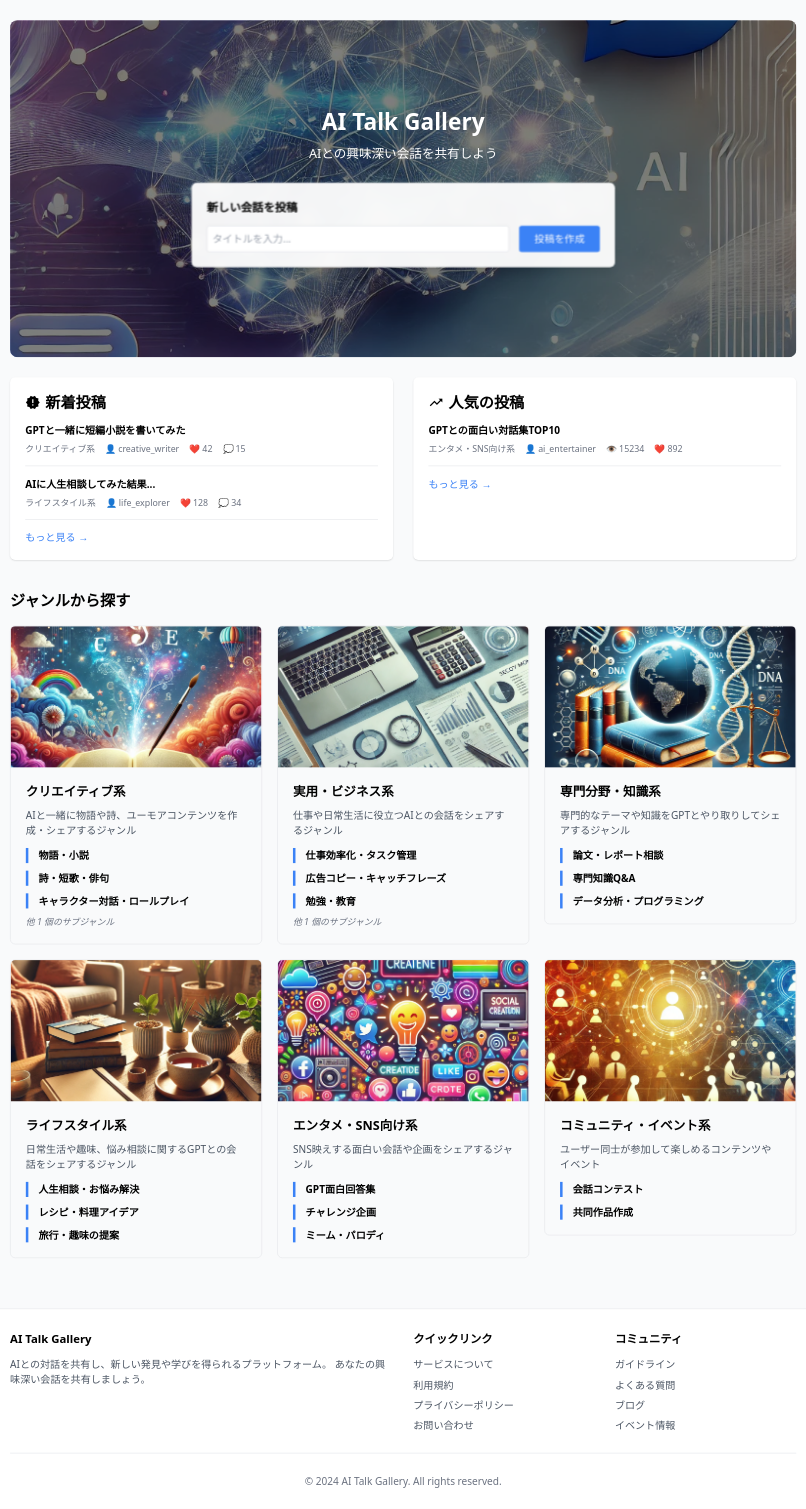
Repository: hayakawa1/ai-talk-gallery
Page: /
These files come from the project's save history. The page is drawn as it stood at one moment and after the next save; the edit follows.
The browser window is 1280 px wide. The pictures show the whole page, at 63% of full size.
The project was rebuilt for these pictures with package versions that can differ from the ones it lists, and the page was loaded fresh each time. The framework's server and built-in components were replaced by stand-ins that run in the browser. Also part of the build but not shown: next.config.js.

Above is the page before, as saved 2024-12-19 20:12:45.

After the next save:
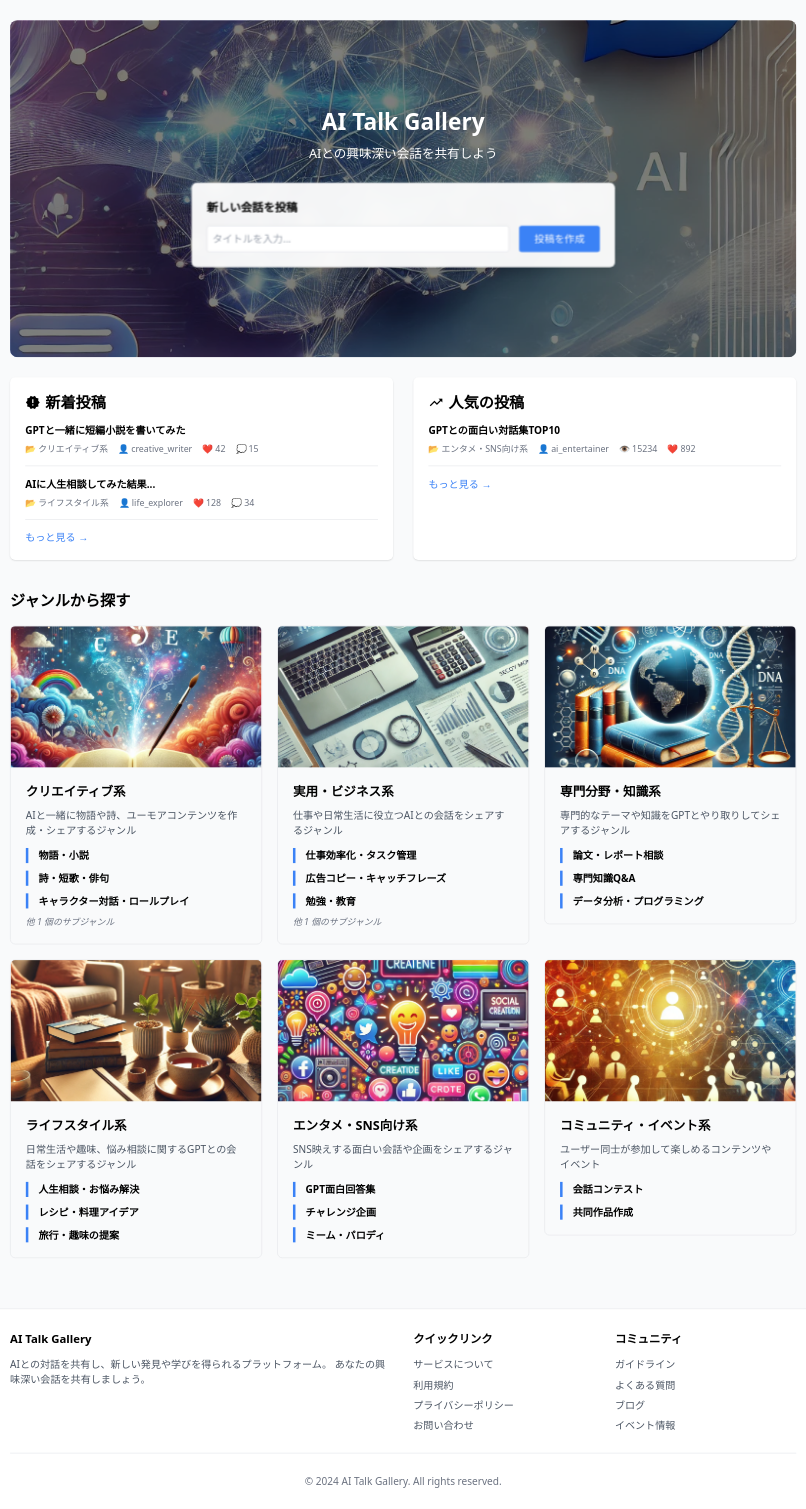
Saved 39 min 32 s later.
--- a/src/app/page.tsx
+++ b/src/app/page.tsx
@@ -89,17 +89,21 @@
           </h2>
           <div className="space-y-4">
             {RECENT_POSTS.map(post => (
-              <div key={post.id} className="border-b pb-4">
-                <h3 className="font-semibold hover:text-blue-500 cursor-pointer">
-                  {post.title}
-                </h3>
-                <div className="text-sm text-gray-500 flex gap-4 mt-2">
-                  <span>{post.category}</span>
-                  <span>👤 {post.author}</span>
-                  <span>❤️ {post.likes}</span>
-                  <span>💭 {post.comments}</span>
+              <Link href={`/posts/${post.id}`} key={post.id} className="block">
+                <div className="border-b pb-4">
+                  <h3 className="font-semibold hover:text-blue-500">
+                    {post.title}
+                  </h3>
+                  <div className="text-sm text-gray-500 flex gap-4 mt-2">
+                    <Link href={`/genres/${encodeURIComponent(post.category)}`} className="hover:text-blue-500">
+                      <span>📂 {post.category}</span>
+                    </Link>
+                    <span>👤 {post.author}</span>
+                    <span>❤️ {post.likes}</span>
+                    <span>💭 {post.comments}</span>
+                  </div>
                 </div>
-              </div>
+              </Link>
             ))}
           </div>
           <Link href="/posts/recent" className="text-blue-500 hover:underline block mt-4">
@@ -115,17 +119,21 @@
           </h2>
           <div className="space-y-4">
             {POPULAR_POSTS.map(post => (
-              <div key={post.id} className="border-b pb-4">
-                <h3 className="font-semibold hover:text-blue-500 cursor-pointer">
-                  {post.title}
-                </h3>
-                <div className="text-sm text-gray-500 flex gap-4 mt-2">
-                  <span>{post.category}</span>
-                  <span>👤 {post.author}</span>
-                  <span>👁️ {post.views}</span>
-                  <span>❤️ {post.likes}</span>
+              <Link href={`/posts/${post.id}`} key={post.id} className="block">
+                <div className="border-b pb-4">
+                  <h3 className="font-semibold hover:text-blue-500">
+                    {post.title}
+                  </h3>
+                  <div className="text-sm text-gray-500 flex gap-4 mt-2">
+                    <Link href={`/genres/${encodeURIComponent(post.category)}`} className="hover:text-blue-500">
+                      <span>📂 {post.category}</span>
+                    </Link>
+                    <span>👤 {post.author}</span>
+                    <span>👁️ {post.views}</span>
+                    <span>❤️ {post.likes}</span>
+                  </div>
                 </div>
-              </div>
+              </Link>
             ))}
           </div>
           <Link href="/posts/popular" className="text-blue-500 hover:underline block mt-4">
@@ -138,7 +146,7 @@
       <h2 className="text-2xl font-bold mb-6">ジャンルから探す</h2>
       <div className="grid grid-cols-1 md:grid-cols-2 lg:grid-cols-3 gap-6">
         {genres.map((genre) => (
-          <Link href={`/genres/${encodeURIComponent(genre.name)}`} key={genre.name}>
+          <Link href={`/genres/${encodeURIComponent(genre.name)}`} key={genre.name} className="block">
             <div className="border rounded-lg overflow-hidden hover:shadow-xl transition">
               {/* ジャンル画像 */}
               <div className="relative aspect-video">
@@ -157,11 +165,17 @@
 
                 <div className="space-y-3">
                   {genre.subgenres.slice(0, 3).map((subgenre) => (
-                    <div key={subgenre.name} className="border-l-4 border-blue-500 pl-4">
-                      <h3 className="font-semibold hover:text-blue-500">
-                        {subgenre.name}
-                      </h3>
-                    </div>
+                    <Link
+                      href={`/genres/${encodeURIComponent(genre.name)}/${encodeURIComponent(subgenre.name)}`}
+                      key={subgenre.name}
+                      className="block"
+                    >
+                      <div className="border-l-4 border-blue-500 pl-4">
+                        <h3 className="font-semibold hover:text-blue-500">
+                          {subgenre.name}
+                        </h3>
+                      </div>
+                    </Link>
                   ))}
                   {genre.subgenres.length > 3 && (
                     <p className="text-sm text-gray-500 italic">
